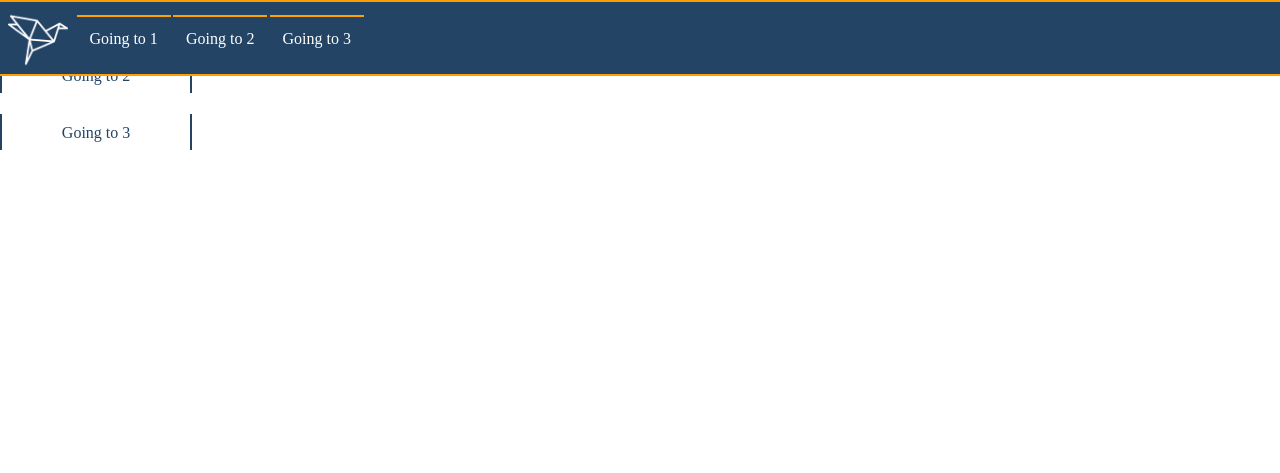
Repository: vsterev/origami
Page: /
The author's editor kept a copy of each file at every save. The page is drawn from the files as they stood at one save, then again after the next save.
The browser window is 1280 px wide. The pictures show the whole page.
The project was rebuilt for these pictures with package versions that can differ from the ones it lists, and the page was loaded fresh each time.

Above is the page before, as saved 2020-07-12 10:44:23.

### public/index.html
<!DOCTYPE html>
<html lang="en">
  <head>
    <meta charset="utf-8" />
    <link rel="icon" href="%PUBLIC_URL%/favicon.ico" />
    <meta name="viewport" content="width=device-width, initial-scale=1" />
    <meta name="theme-color" content="#000000" />
    <meta
      name="description"
      content="Web site created using create-react-app"
    />
    <link rel="apple-touch-icon" href="%PUBLIC_URL%/logo192.png" />
    <!--
      manifest.json provides metadata used when your web app is installed on a
      user's mobile device or desktop. See https://developers.google.com/web/fundamentals/web-app-manifest/
    -->
    <!--
      Notice the use of %PUBLIC_URL% in the tags above.
      It will be replaced with the URL of the `public` folder during the build.
      Only files inside the `public` folder can be referenced from the HTML.

      Unlike "/favicon.ico" or "favicon.ico", "%PUBLIC_URL%/favicon.ico" will
      work correctly both with client-side routing and a non-root public URL.
      Learn how to configure a non-root public URL by running `npm run build`.
    -->
    <title>Origami workshop</title>
  </head>
  <body>
    <noscript>You need to enable JavaScript to run this app.</noscript>
    <div id="root"></div>
    <!--
      This HTML file is a template.
      If you open it directly in the browser, you will see an empty page.

      You can add webfonts, meta tags, or analytics to this file.
      The build step will place the bundled scripts into the <body> tag.

      To begin the development, run `npm start` or `yarn start`.
      To create a production bundle, use `npm run build` or `yarn build`.
    -->
  </body>
</html>

### src/index.css

@import url('https://fonts.googleapis.com/css?family=Indie+Flower&display=swap');
* {
    margin: 0;
    padding: 0;
    font-family: 'Indie- Flower', cursive;
}

### src/App.js
import React from 'react';
import './App.css';
import Header from './components/header'
import Menu from './components/menu'
function App() {
  return (
    <div className="App">
      <Header />
      <Menu />
    </div>
  );
}

export default App;

### src/App.css
.App {
  max-width: 100%;
  margin: 0 auto;
}

.Container {
  margin-top: 8.5%;
  padding: 0.5%;
  /* border: 1px solid purple; */
  margin-bottom: 0.1%;
}

### src/components/header/index.js
import React from 'react'
import './styles.css'
import Link from '../link'
import logo from '../../images/white-origami-bird.png'

export default function Header() {
    return (
        <nav className="Navigation">
            <ul>
                <Link to="/"><img id="logo" src={logo} alt="logo" /></Link>
                <Link to="/home">Going to 1</Link>
                <Link to="/">Going to 2</Link>
                <Link to="/new">Going to 3</Link>
            </ul>
        </nav>
    )
}

### src/components/menu/index.js
import React from 'react'
import './style.css'
import Link from '../link'
const Menu = () => {
    return (
        <aside className="Aside">
            <ul>
                <Link to="/home">Going to 1</Link>
                <Link to="/">Going to 2</Link>
                <Link to="/new">Going to 3</Link>
            </ul>
        </aside>
    )

}
export default Menu

### src/components/header/styles.css
.Navigation {
    width: 100%;
    height: 10vh;
    background-color: #234465;
    color: white;
    position: fixed;
    top: 0;
    border-bottom: 2px solid #ffa000;
    border-top: 2px solid #ffa000;
}
#logo {
    width: 60px;
}

### src/components/link/index.js
import React from 'react'
import './styles.css'
function Link({ children, to }) {
    return (
        <li className="listItem">
            <a href={to}>{children}</a>
        </li>
    )
}
export default Link;

### src/components/menu/style.css
.Aside {
    top: 100px;
    display: inline-block;
    width: 15%;
    margin-right: 1%;
    height: 89.5vh;
    /* border:1px solid red; */
    vertical-align: top;
}

### src/components/link/styles.css
nav .listItem a {
    color: white;
    text-decoration: none;
}

nav .listItem, footer .listItem {
    display: inline-block;
    height: auto;
    margin-right: 2%;
    cursor: pointer;
    padding: 0.5%;
    margin: 0.1%;
    vertical-align: top;
}

nav .listItem:not(:first-child) {
    padding: 1%;
    margin-top: 1%;
    border-top: 2px solid #ffa000;
}

nav .listItem:hover {
    border-top: none;
    border-bottom: 2px solid #ffa000;
    font-weight: bold;
}
aside .listItem {
    display: block;
    width: 98%;
    border-left: 2px solid #234465;
    border-right: 2px solid #234465;
    margin-bottom: 11%;
    height: 5vh;
    text-align: center;
}

aside .listItem a {
    color: #234465;
    text-align: center;
    text-decoration: none;
    padding-top: 5%;
    height: 60%;
    display: block;
}

aside .listItem:hover {
    border-left: none;
    border-right: none;
    font-weight: bold;
    border-top: 2px solid #234465;
    border-bottom: 2px solid #234465;
    color: #ffa000;
}

Loaded but not shown: src/index.js (common file)

After the next save:
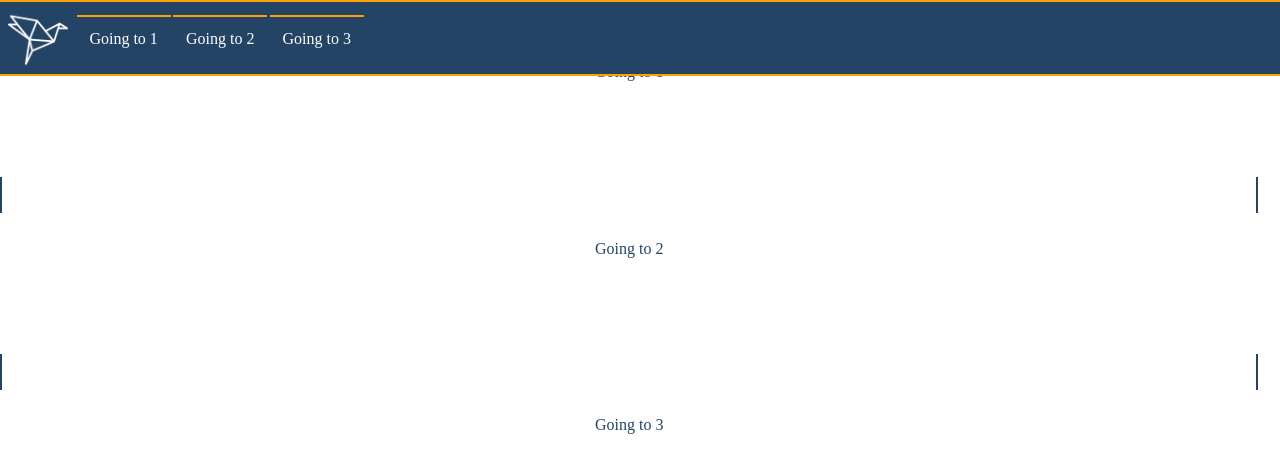
Saved 25 s later.
--- a/src/components/menu/style.css
+++ b/src/components/menu/style.css
@@ -1,9 +1,9 @@
 .Aside {
-    top: 100px;
+    /* top: 100px;
     display: inline-block;
     width: 15%;
     margin-right: 1%;
     height: 89.5vh;
     /* border:1px solid red; */
-    vertical-align: top;
+    vertical-align: top; */
 }

After the save that followed:
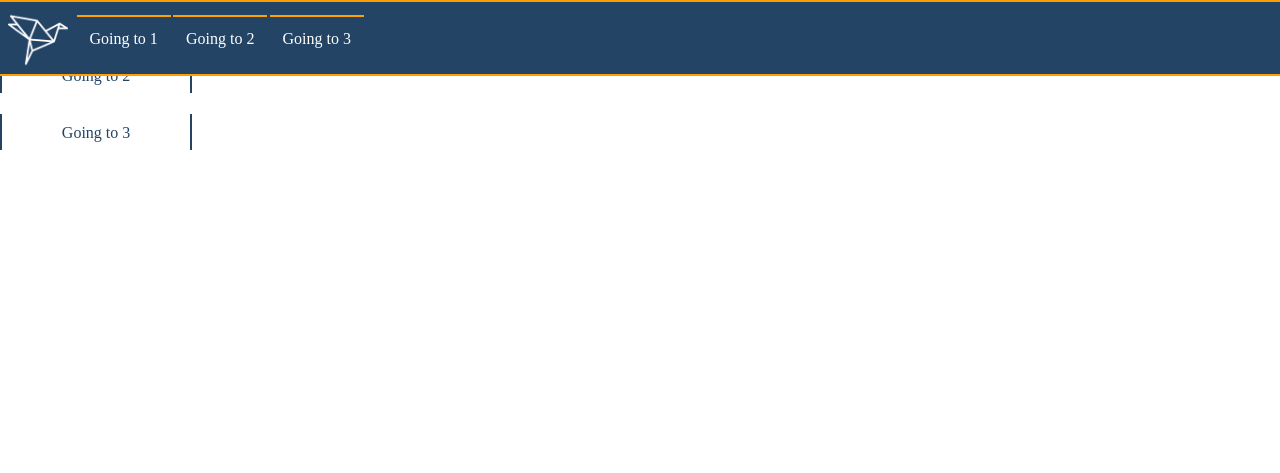
Saved 11 s later.
--- a/src/components/menu/style.css
+++ b/src/components/menu/style.css
@@ -1,9 +1,9 @@
 .Aside {
-    /* top: 100px;
+    top: 100px;
     display: inline-block;
     width: 15%;
     margin-right: 1%;
     height: 89.5vh;
     /* border:1px solid red; */
-    vertical-align: top; */
+    /* vertical-align: top; */
 }
